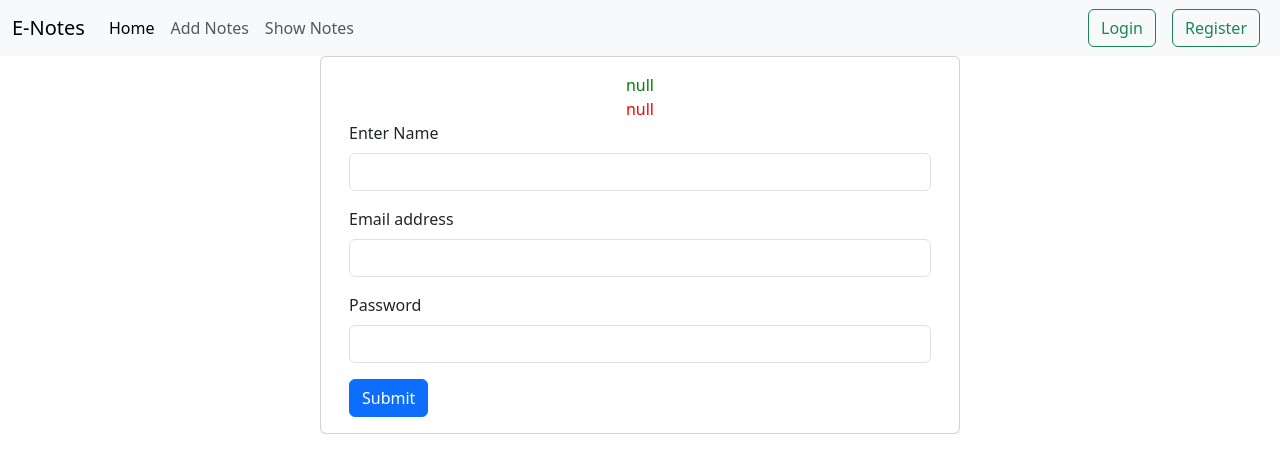
Repository: SandeepSharma2002/JavaProjects
Page: http://localhost/ENotes/RegisterPage.jsp
These files come from the project's save history. The page is drawn as it stood at one moment and after the next save; the edit follows.
The browser window is 1280 px wide. The pictures show the whole page.
The page is served by Tomcat 9.

Above is the page before, as saved 2023-10-24 00:00:04.

After the next save:
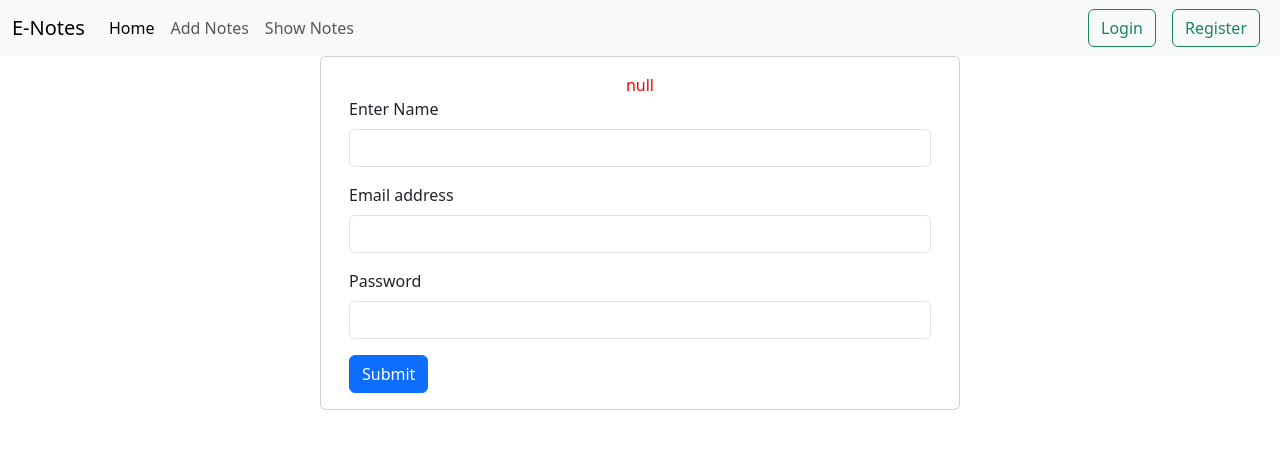
Saved 88 s later.
--- a/ENotes/src/main/webapp/RegisterPage.jsp
+++ b/ENotes/src/main/webapp/RegisterPage.jsp
@@ -16,9 +16,9 @@
 
 				<% String status = (String) session.getAttribute("success");
 				System.out.print(status);
-				if(status != null )%>
+				if(status != null ) {%>
 				<div style="color:green; text-align:center;"><%= status %></div>
-
+				<%} %>
 				<% String status2 = (String)session.getAttribute("failed");
 				if(status2 != null)%>
 				<div style="color:red; text-align:center;"><%= status %></div>
